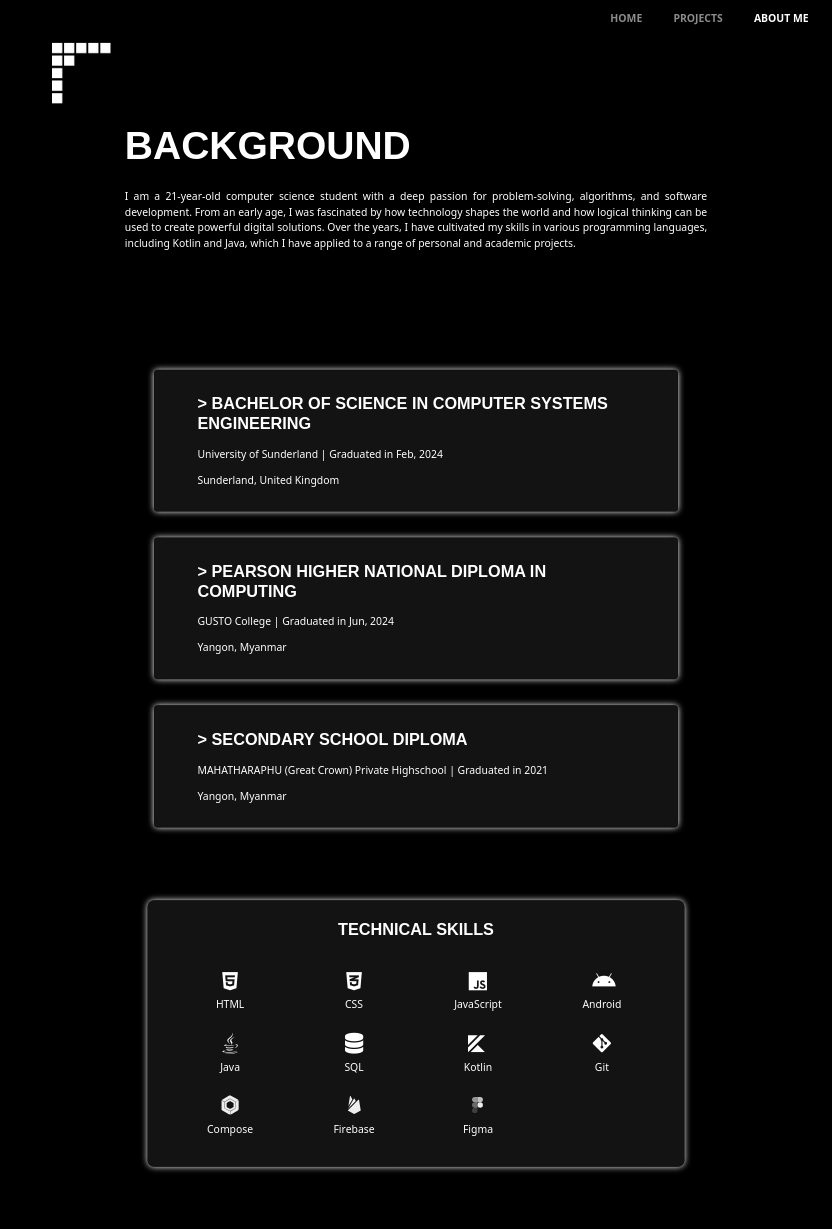
Repository: pyaestk/Portfolio-template
Page: aboutme.html
These files come from the project's save history. The page is drawn as it stood at one moment and after the next save; the edit follows.
The browser window is 1280 px wide. The pictures show the whole page, at 65% of full size.
Some web fonts or font styles are not loaded; a fallback is used. Some web libraries are served in a nearby version.

Above is the page before, as saved 2025-05-24 11:44:22.
Console error: TypeError: Cannot read properties of null (reading 'addEventListener')

After the next save:
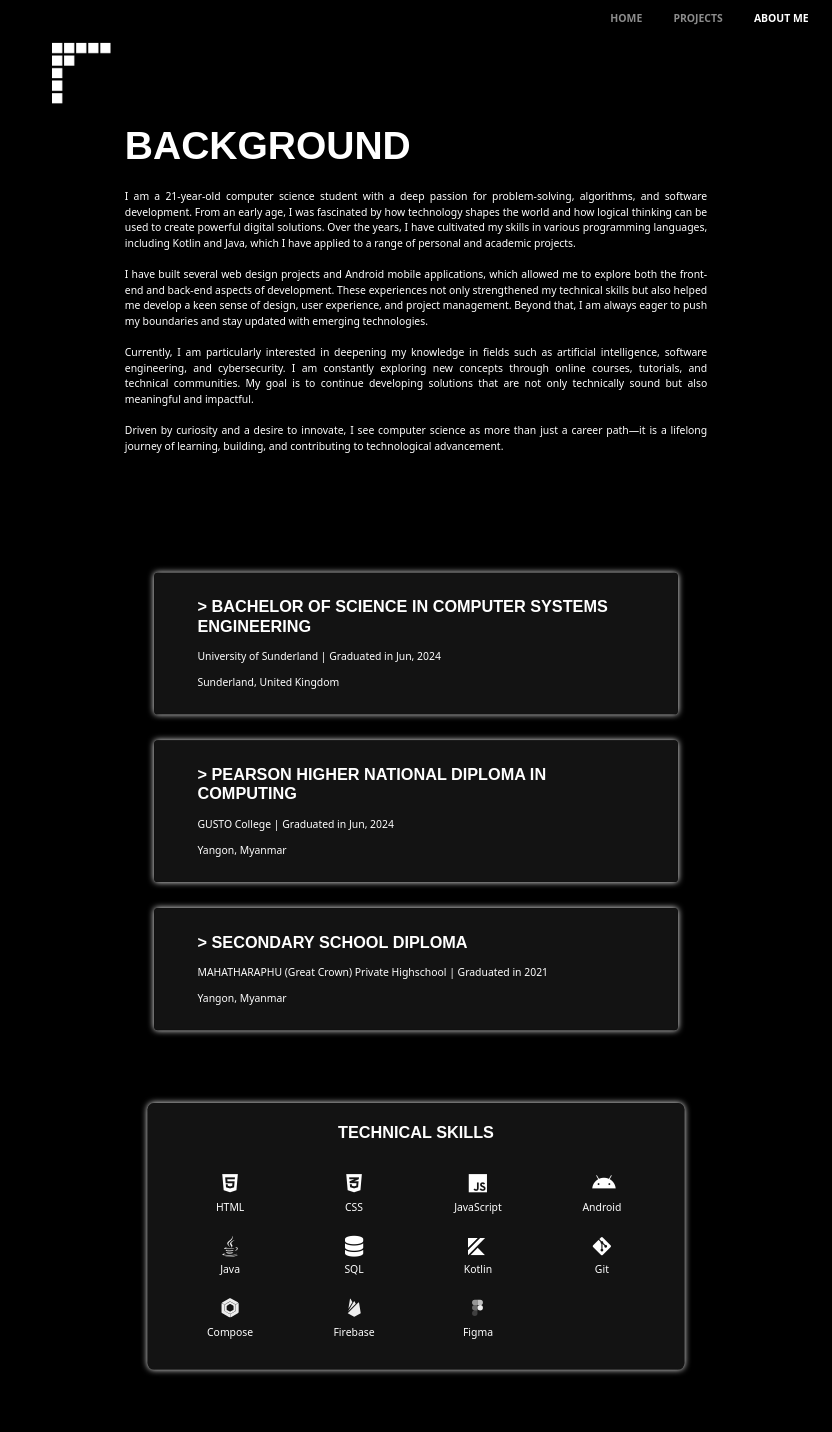
Saved 33 s later.
--- a/aboutme.html
+++ b/aboutme.html
@@ -59,7 +59,7 @@
       how logical thinking can be used to create powerful digital solutions. Over the years, I have cultivated my skills
       in various programming languages, including Kotlin and Java, which I have applied to a range of personal and
       academic projects.
-      <!-- <br><br>
+      <br><br>
       I have built several web design projects and Android mobile applications, which allowed me to explore both the
       front-end and back-end aspects of development. These experiences not only strengthened my technical skills but
       also helped me develop a keen sense of design, user experience, and project management. Beyond that, I am always
@@ -71,7 +71,7 @@
       also meaningful and impactful.
       <br><br>
       Driven by curiosity and a desire to innovate, I see computer science as more than just a career path—it is a
-      lifelong journey of learning, building, and contributing to technological advancement. -->
+      lifelong journey of learning, building, and contributing to technological advancement.
     </p>
   </div>
 
@@ -80,7 +80,7 @@
     <div class="card reveal3">
       <div class="card-body">
         <h4>> BACHELOR OF SCIENCE IN COMPUTER SYSTEMS ENGINEERING</h4>
-        <p>University of Sunderland | Graduated in Feb, 2024</p>
+        <p>University of Sunderland | Graduated in Jun, 2024</p>
         <span>Sunderland, United Kingdom</span>
       </div>
     </div>
